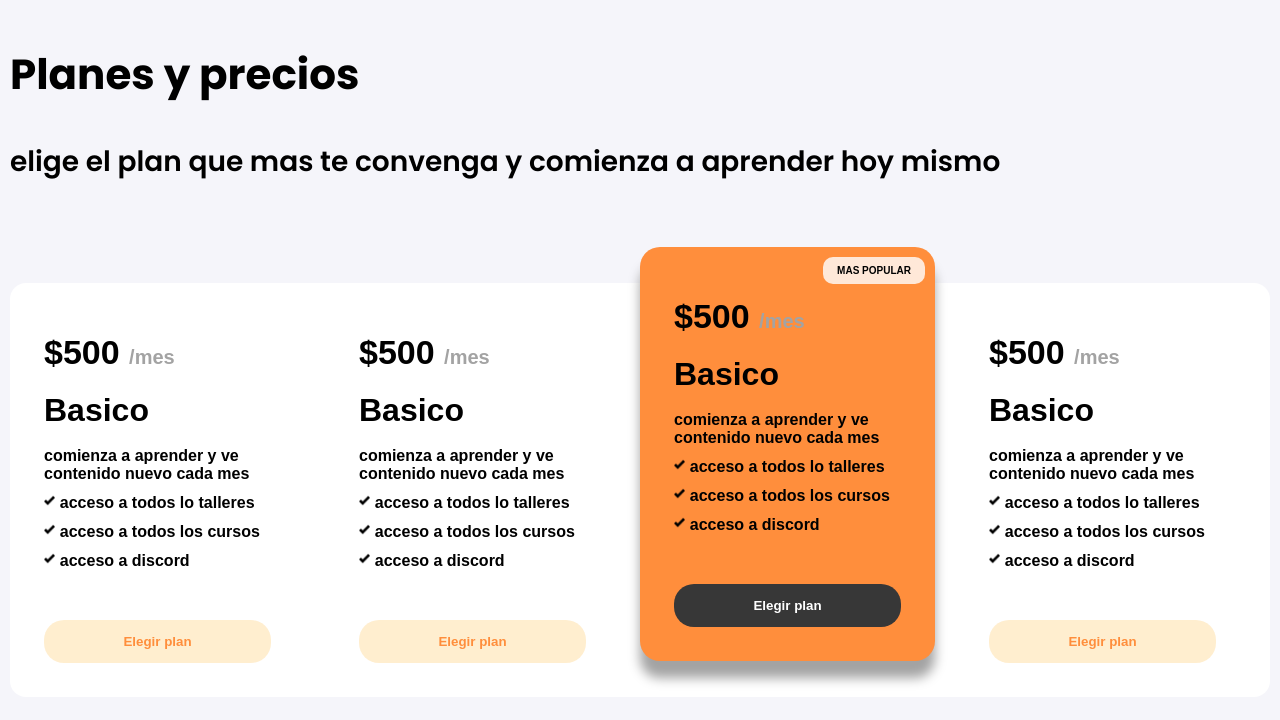
Repository: darkmantiz2/Tarjetas-planes
Page: index.html
The author's editor kept a copy of each file at every save. The page is drawn from the files as they stood at one save, then again after the next save.
The browser window is 1280 px wide. The pictures show the whole page.

Above is the page before, as saved 2022-01-11 15:16:24.

After the next save:
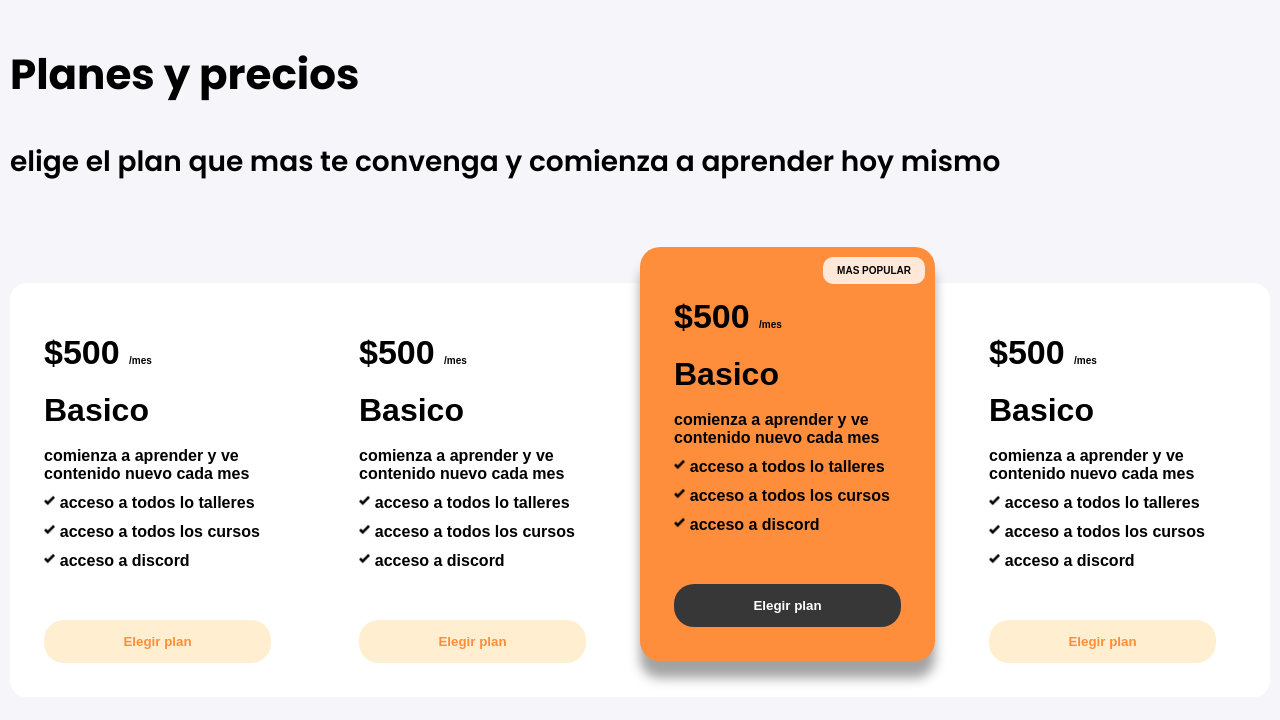
Saved 27 s later.
--- a/css/index.css
+++ b/css/index.css
@@ -48,8 +48,8 @@ body {
 }
 
 .card-month {
-  font-size: 20px;
-  color: var(--grey-2);
+  font-size: 10px;
+  color: black;
 
 }
 
